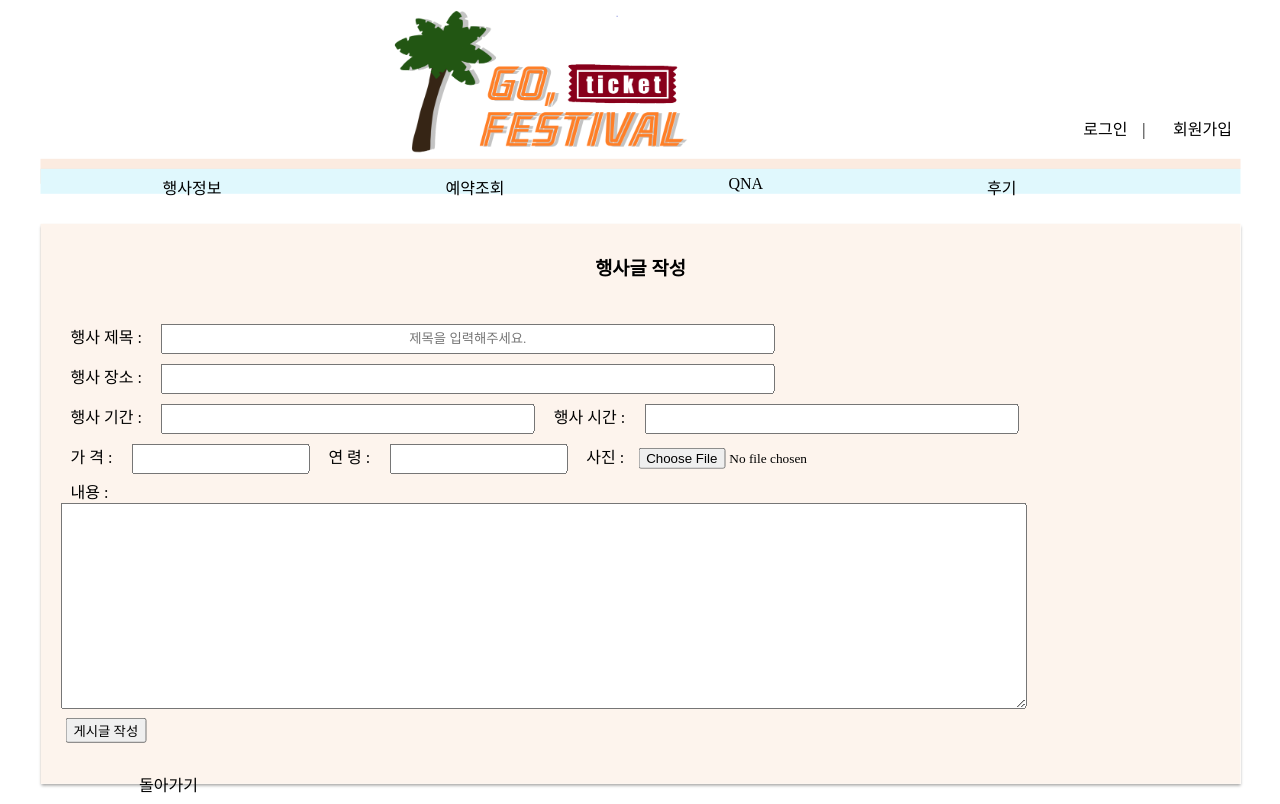
Repository: Changgyu1/Chang_Gu
Page: http://localhost/Project/Event_add.jsp
An editor plug-in stored every save of this project. The page is shown before and after the next save, followed by the edit.
The browser window is 1280 px wide. The pictures show the whole page.
Some web fonts or font styles are not loaded; a fallback is used. The page is served by Tomcat 9.

Above is the page before, as saved 2023-11-14 05:18:27.

After the next save:
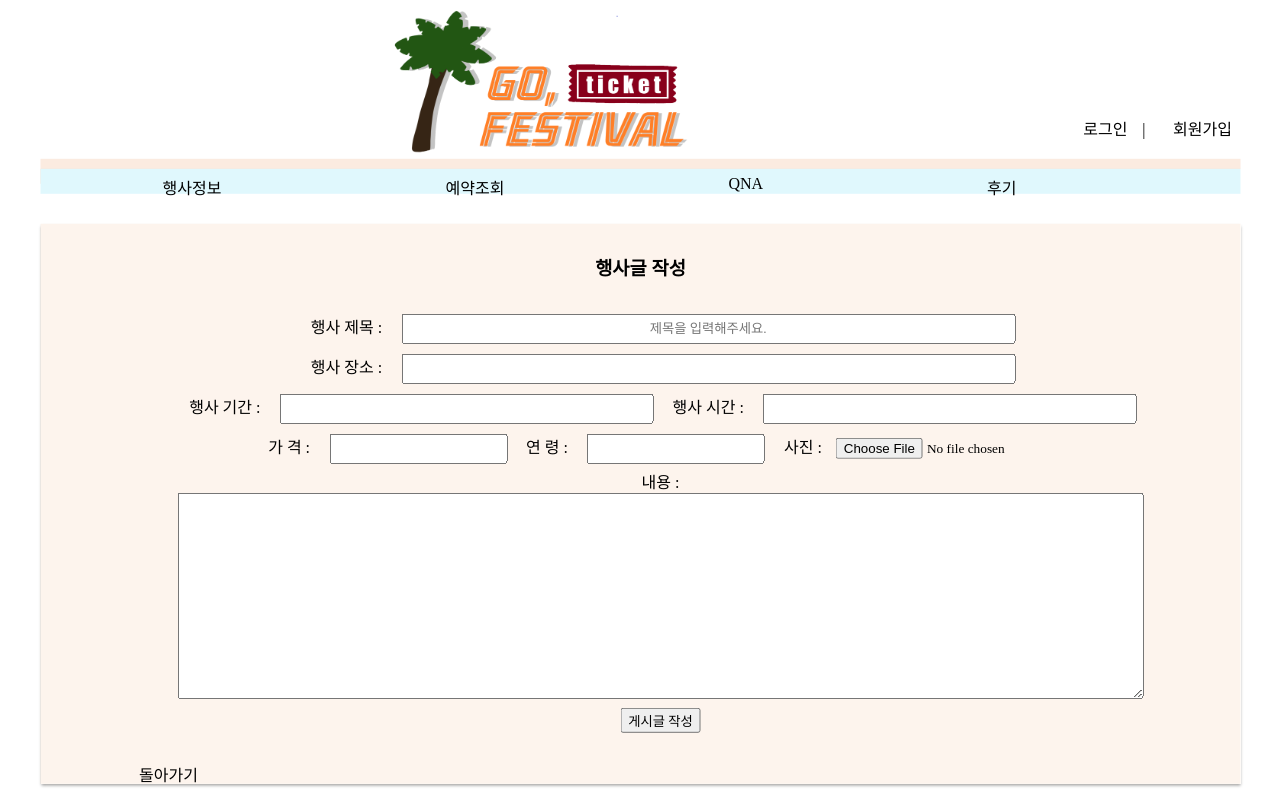
Saved 49 s later.
--- a/Project/src/main/webapp/Event_add.jsp
+++ b/Project/src/main/webapp/Event_add.jsp
@@ -10,7 +10,7 @@
         .event_form{
             padding: 10px;
             margin: 10px;
-            float: left;
+            text-align: center;
             width: 100%;
         }
         #event_name,#event_location{
